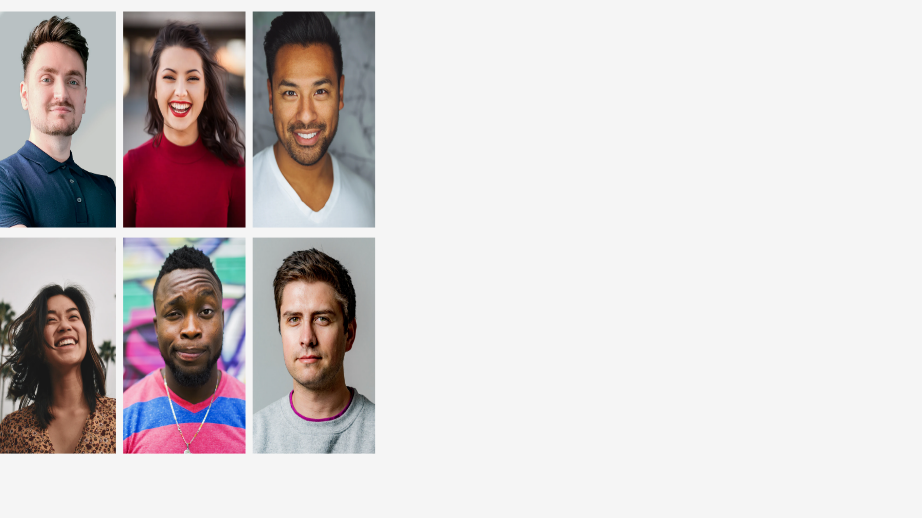
Repository: georgisenze/my-team-page-challeng
Page: index.html
An editor plug-in stored every save of this project. The page is shown before and after the next save, followed by the edit.
The browser window is 1280 px wide. The pictures show the whole page, at 72% of full size.

Above is the page before, as saved 2023-02-22 21:59:51.

### index.html
<!DOCTYPE html>
<html lang="en">
<head>
    <meta charset="UTF-8">
    <meta http-equiv="X-UA-Compatible" content="IE=edge">
    <meta name="viewport" content="width=device-width, initial-scale=1.0">
    <title>My team page</title>

    <link rel="stylesheet" href="assets/css/style.css">
</head>
<body>
     <div class="container" id="container">
        <div class="box">
            <img src="assets/img/photo1.png" alt="" >
        </div>
        <div class="box">
            <img src="assets/img/photo2.png" alt="">
        </div>
        <div class="box">
            <img src="assets/img/photo3.png" alt="">
        </div>
        <div class="box">
            <img src="assets/img/photo4.png" alt="">
        </div>
        <div class="box">
            <img src="assets/img/photo5.png" alt="">
        </div>
        <div class="box">
            <img src="assets/img/photo6.png" alt="">
        </div>
      </div>
</body>
</html>

### assets/css/style.css
  body{
    margin: 0;
    padding: 0;
    background-color: whitesmoke;
  }

  .container {
    writing-mode: horizontal-tb;
    display: grid;
    justify-content: center;
    justify-items: center;
    align-items: center;
    align-content: center;
    grid-template-columns: 1fr 1fr 1fr;
    grid-template-rows: repeat(2,minmax(100px, auto));
    grid-auto-flow: row;
    gap: 10px;
    padding: 1em;
    max-width: 30rem;
  }

  img {
    width: 170px;
    height: 300px;
  }

  label {
    --flow-space: 1rem;
    display: grid;
    grid-template-columns: 180px min-content;
    gap: 0.2rem;
  }

After the next save:
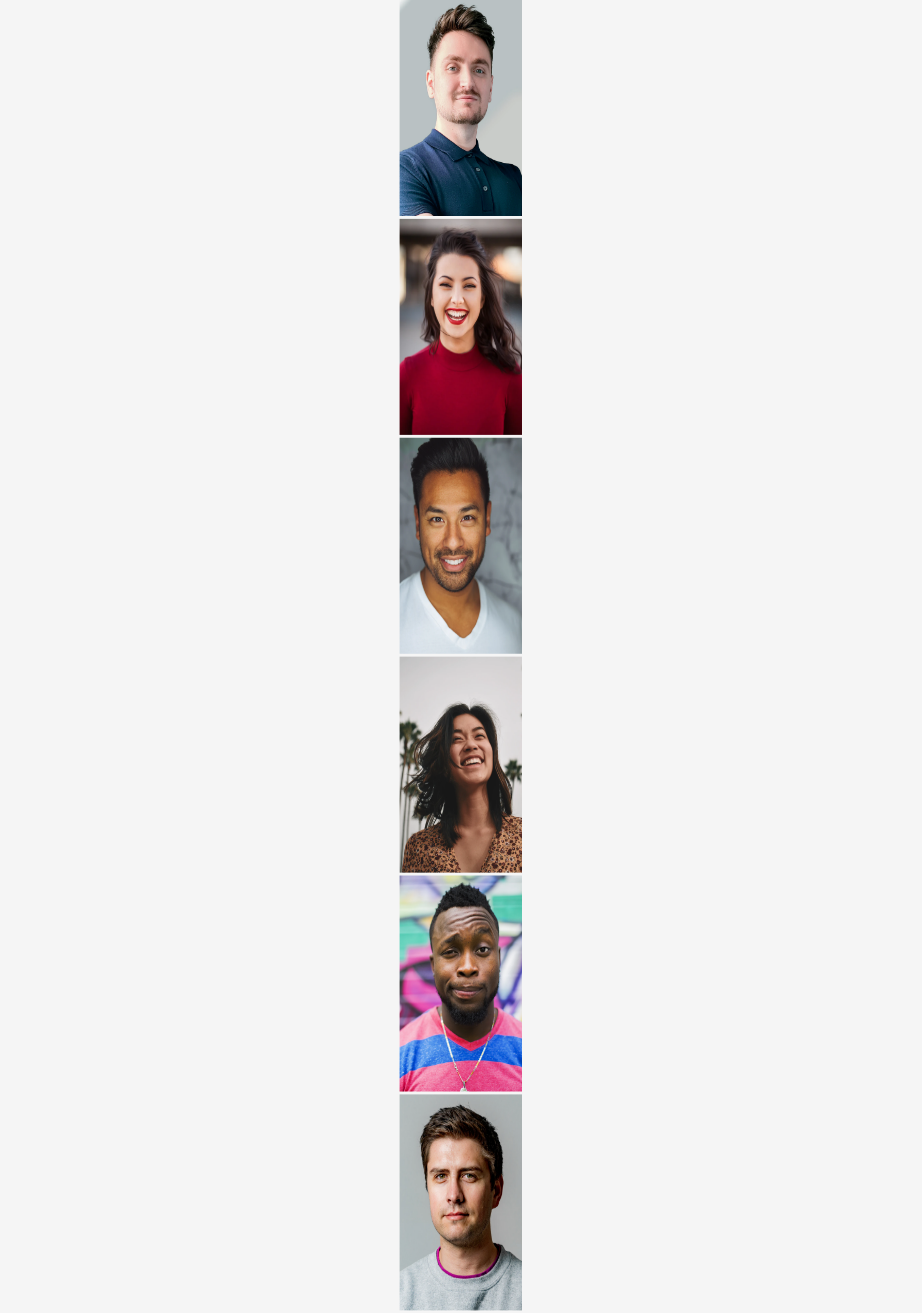
Saved 12 s later.
--- a/assets/css/style.css
+++ b/assets/css/style.css
@@ -11,12 +11,12 @@
     justify-items: center;
     align-items: center;
     align-content: center;
-    grid-template-columns: 1fr 1fr 1fr;
+    /* grid-template-columns: 1fr 1fr 1fr;
     grid-template-rows: repeat(2,minmax(100px, auto));
     grid-auto-flow: row;
     gap: 10px;
     padding: 1em;
-    max-width: 30rem;
+    max-width: 30rem; */
   }
 
   img {
